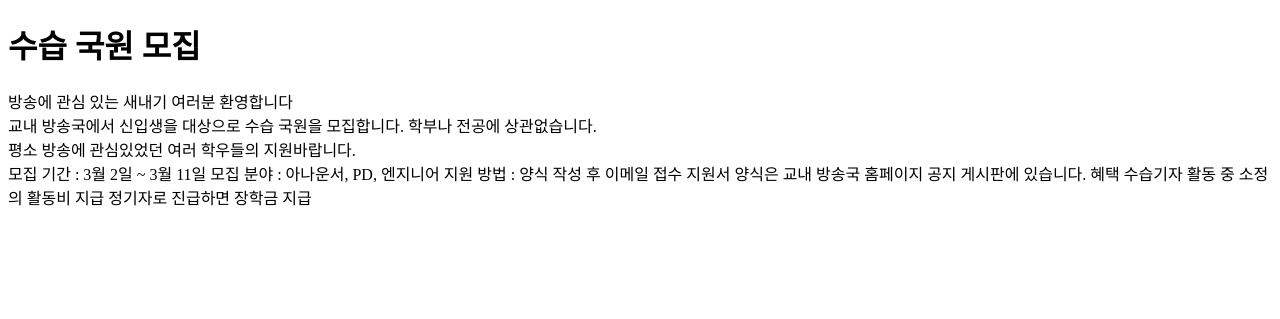
Repository: WonSeungUn/VSCODE
Page: web_work/Html/WebContent/h_mission.html
An editor plug-in stored every save of this project. The page is shown before and after the next save, followed by the edit.
The browser window is 1280 px wide. The pictures show the whole page.

Above is the page before, as saved 2024-07-08 05:02:41.

### web_work/Html/WebContent/h_mission.html
<!DOCTYPE html>
<html>
<head>
<meta charset="UTF-8">
<title>Insert title here</title>
</head>
<body>
<h1>수습 국원 모집</h1>
<div>방송에 관심 있는 새내기 여러분 환영합니다</div>
<div>교내 방송국에서 신입생을 대상으로 수습 국원을 모집합니다. 학부나 전공에 상관없습니다.</div>
<div>평소 방송에 관심있었던 여러 학우들의 지원바랍니다.</div>

모집 기간 : 3월 2일 ~ 3월 11일
모집 분야 : 아나운서, PD, 엔지니어
지원 방법 : 양식 작성 후 이메일 접수
지원서 양식은 교내 방송국 홈페이지 공지 게시판에 있습니다.

혜택
수습기자 활동 중 소정의 활동비 지급
정기자로 진급하면 장학금 지급
</body>
</html>

After the next save:
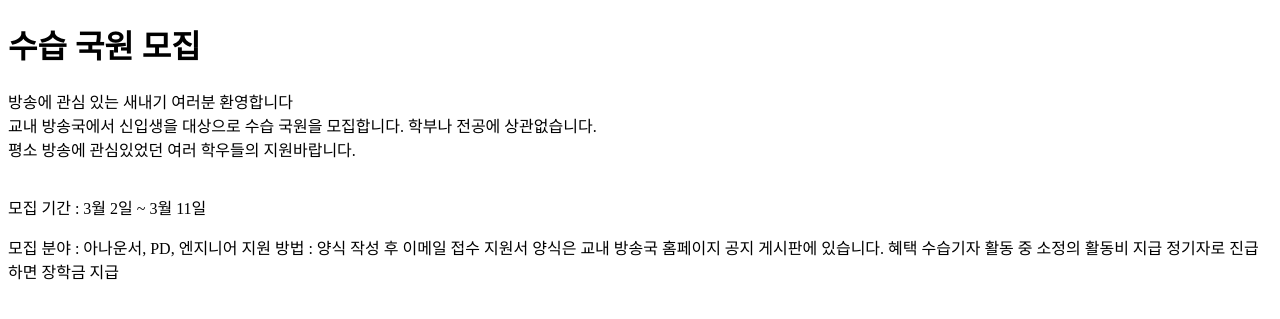
Saved 6 min 12 s later.
--- a/web_work/Html/WebContent/h_mission.html
+++ b/web_work/Html/WebContent/h_mission.html
@@ -9,8 +9,9 @@
 <div>방송에 관심 있는 새내기 여러분 환영합니다</div>
 <div>교내 방송국에서 신입생을 대상으로 수습 국원을 모집합니다. 학부나 전공에 상관없습니다.</div>
 <div>평소 방송에 관심있었던 여러 학우들의 지원바랍니다.</div>
+<br>
 
-모집 기간 : 3월 2일 ~ 3월 11일
+<p>모집 기간 : <time>3월 2일 ~ 3월 11일</time></p>
 모집 분야 : 아나운서, PD, 엔지니어
 지원 방법 : 양식 작성 후 이메일 접수
 지원서 양식은 교내 방송국 홈페이지 공지 게시판에 있습니다.
